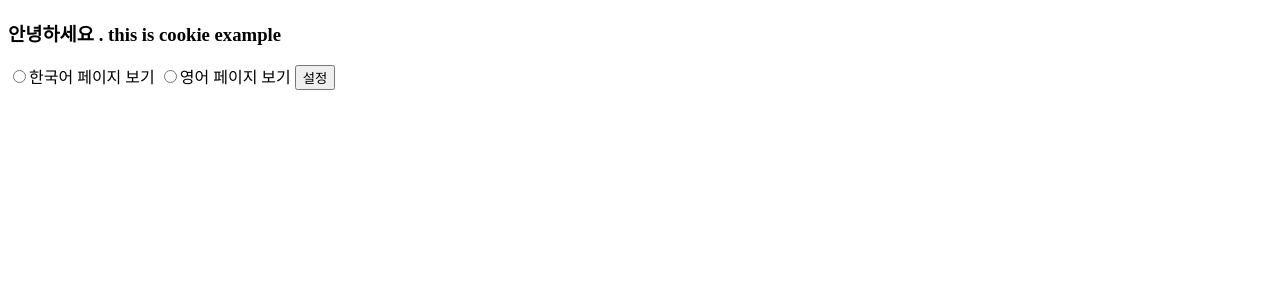
Repository: ss2ol/project
Page: http://localhost/0524/cookieExample.jsp
The author's editor kept a copy of each file at every save. The page is drawn from the files as they stood at one save, then again after the next save.
The browser window is 1280 px wide. The pictures show the whole page.
The page is served by Tomcat 9. Nobody is signed in. The application's start-up code is not run.

Above is the page before, as saved 2022-05-24 02:12:12.

After the next save:
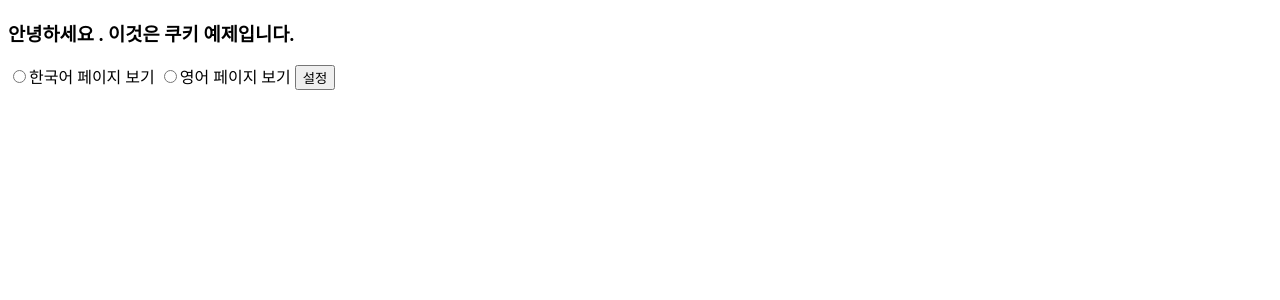
Saved 2 min 57 s later.
--- a/jsp_work/0524/WebContent/cookieExample.jsp
+++ b/jsp_work/0524/WebContent/cookieExample.jsp
@@ -1,6 +1,16 @@
 <%@ page language="java" contentType="text/html; charset=UTF-8"
     pageEncoding="UTF-8"%>
-    <% String language = "korea"; %>
+    <% String language = "korea";
+		String cookie = request.getHeader("cookie");
+		if(cookie != null){
+			Cookie cookies[] = request.getCookies();
+			for(int i=0; i<cookie.length(); i++){
+				if(cookies[i].getName().equals("language")){
+					language = cookies[i].getValue();
+				}
+			}
+		}
+    %>
 <!DOCTYPE html>
 <html>
 <head>
@@ -9,7 +19,7 @@
 </head>
 <body>
 <% if (language.equals("korea")){%>
-<h3> 안녕하세요 . this is cookie example</h3>
+<h3> 안녕하세요 . 이것은 쿠키 예제입니다.</h3>
 <%} else { %>
 <h3> hello . this is cookie example</h3>
 <%}%>
